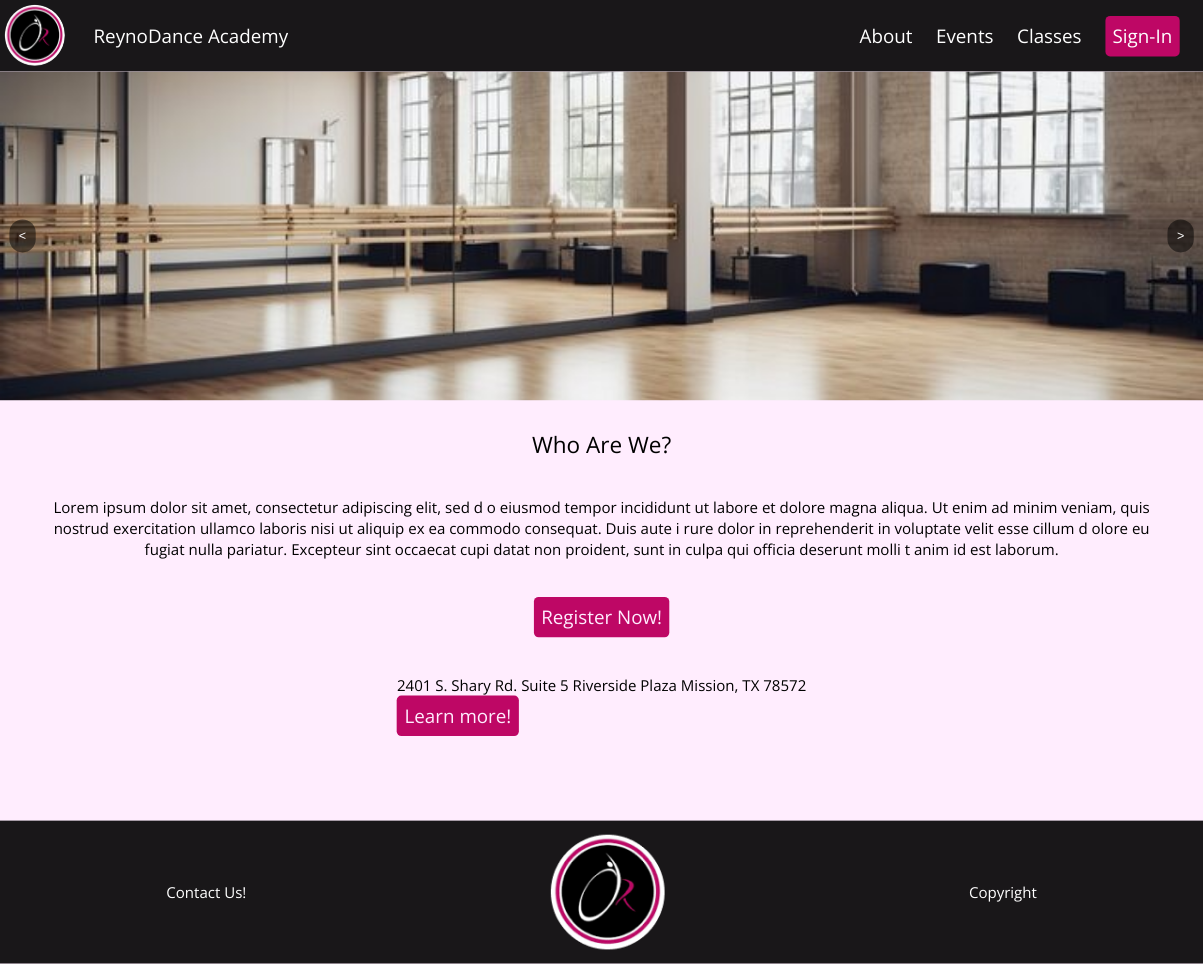
Repository: andreaelpz/reynodance-academy
Page: /
These files come from the project's save history. The page is drawn as it stood at one moment and after the next save; the edit follows.
The browser window is 1280 px wide. The pictures show the whole page, at 94% of full size.
The project was rebuilt for these pictures with package versions that can differ from the ones it lists, and the page was loaded fresh each time. Also part of the build but not shown: angular.json, src/app/about/about.component.ts, src/app/classes/classes.component.ts, src/app/events/events.component.ts, src/app/user/sign-in/sign-in.component.ts, src/app/dashboard/dashboard.component.ts, src/app/user/register/register.component.ts, src/app/login/login.component.ts.

Above is the page before, as saved 2024-11-19 23:29:49.

After the next save:
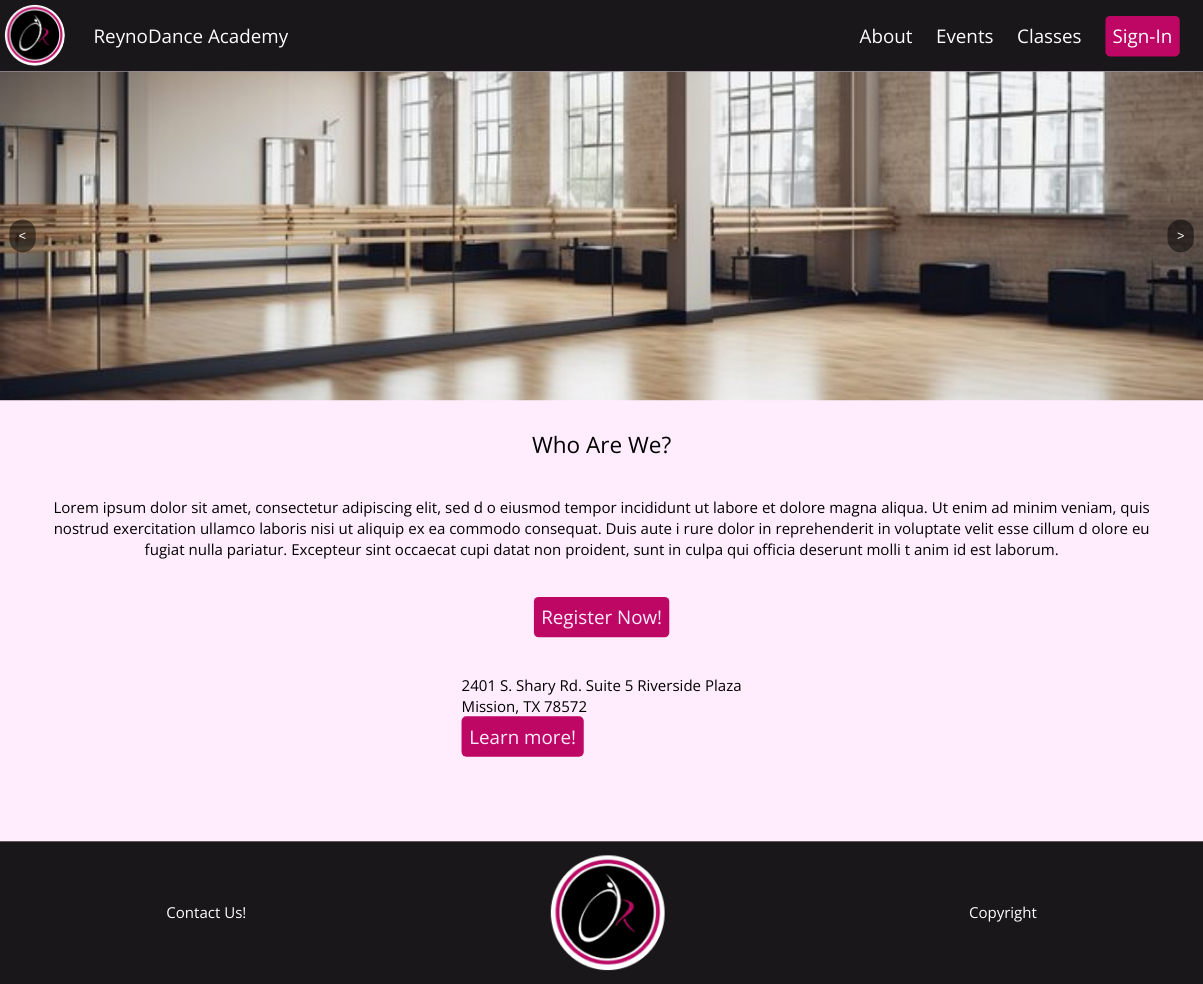
Saved 8 s later.
--- a/src/app/home/home.component.html
+++ b/src/app/home/home.component.html
@@ -26,7 +26,8 @@
     <div>
         <div class = "moreInfo">
             <div class = "location">
-                2401 S. Shary Rd. Suite 5 Riverside Plaza Mission, TX 78572
+                2401 S. Shary Rd. Suite 5 Riverside Plaza <br>
+                Mission, TX 78572
             </div>
             <div class = "hours">
 
